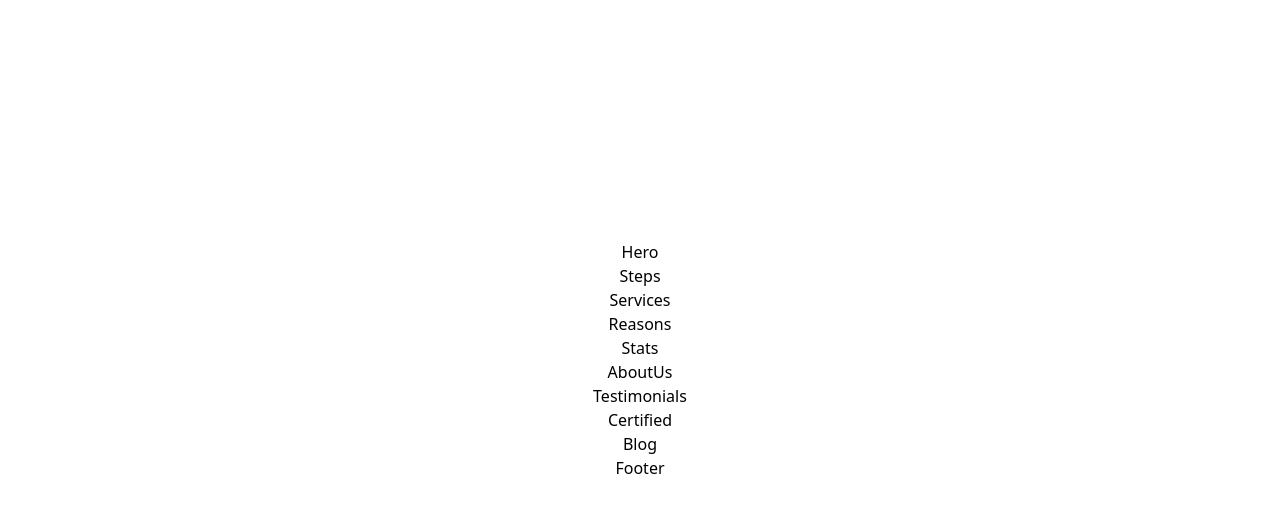
Repository: remydev47/cleanmate
Page: /
An editor plug-in stored every save of this project. The page is shown before and after the next save, followed by the edit.
The browser window is 1280 px wide. The pictures show the whole page.
The project was rebuilt for these pictures with package versions that can differ from the ones it lists, and the page was loaded fresh each time. The framework's server and built-in components were replaced by stand-ins that run in the browser. Also part of the build but not shown: next.config.js.

Above is the page before, as saved 2022-10-29 15:58:45.

After the next save:
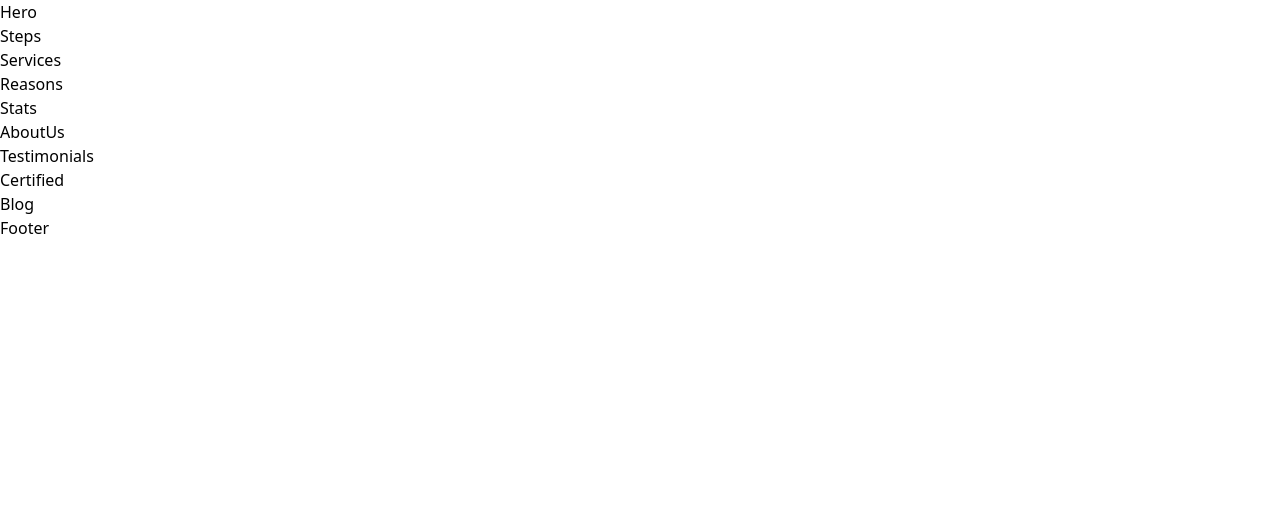
Saved 21 s later.
--- a/pages/index.tsx
+++ b/pages/index.tsx
@@ -5,7 +5,7 @@ import { AboutUs, Blog, Certified, Footer, Hero, Reasons, Services, Stats, Steps
 
 const Home: NextPage = () => {
   return (
-    <div className="flex min-h-screen flex-col items-center justify-center py-2">
+    <div className="">
       <Head>
         <title>DryCleaners</title>
         <link rel="icon" href="/favicon.ico" />
